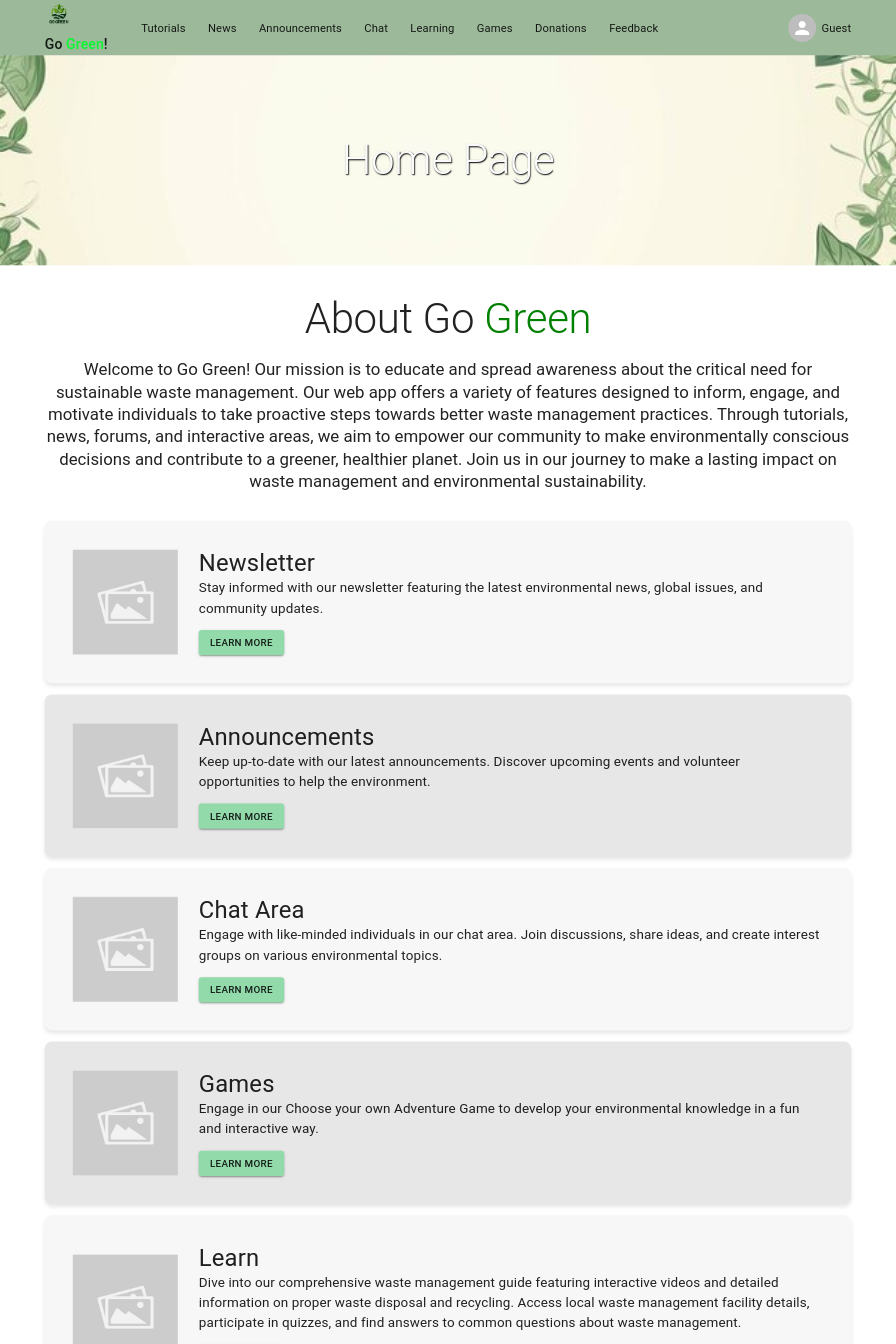
Repository: ToasterSSD/Go-Green
Page: / (app in Go-Green/FSDP/client/)
These files come from the project's save history. The page is drawn as it stood at one moment and after a run of saves; the edit follows.
The browser window is 1280 px wide. The pictures show the part of the page from y = 0 to 1920 px (the page is 2741 px tall before and 2726 px after), at 70% of full size.
The project was rebuilt for these pictures with package versions that can differ from the ones it lists, and the page was loaded fresh each time. Also part of the build but not shown: Go-Green/FSDP/client/vite.config.js, Go-Green/FSDP/client/src/App.css.

Above is the page before, as saved 2024-08-07 13:57:51.

After the next 2 saves:
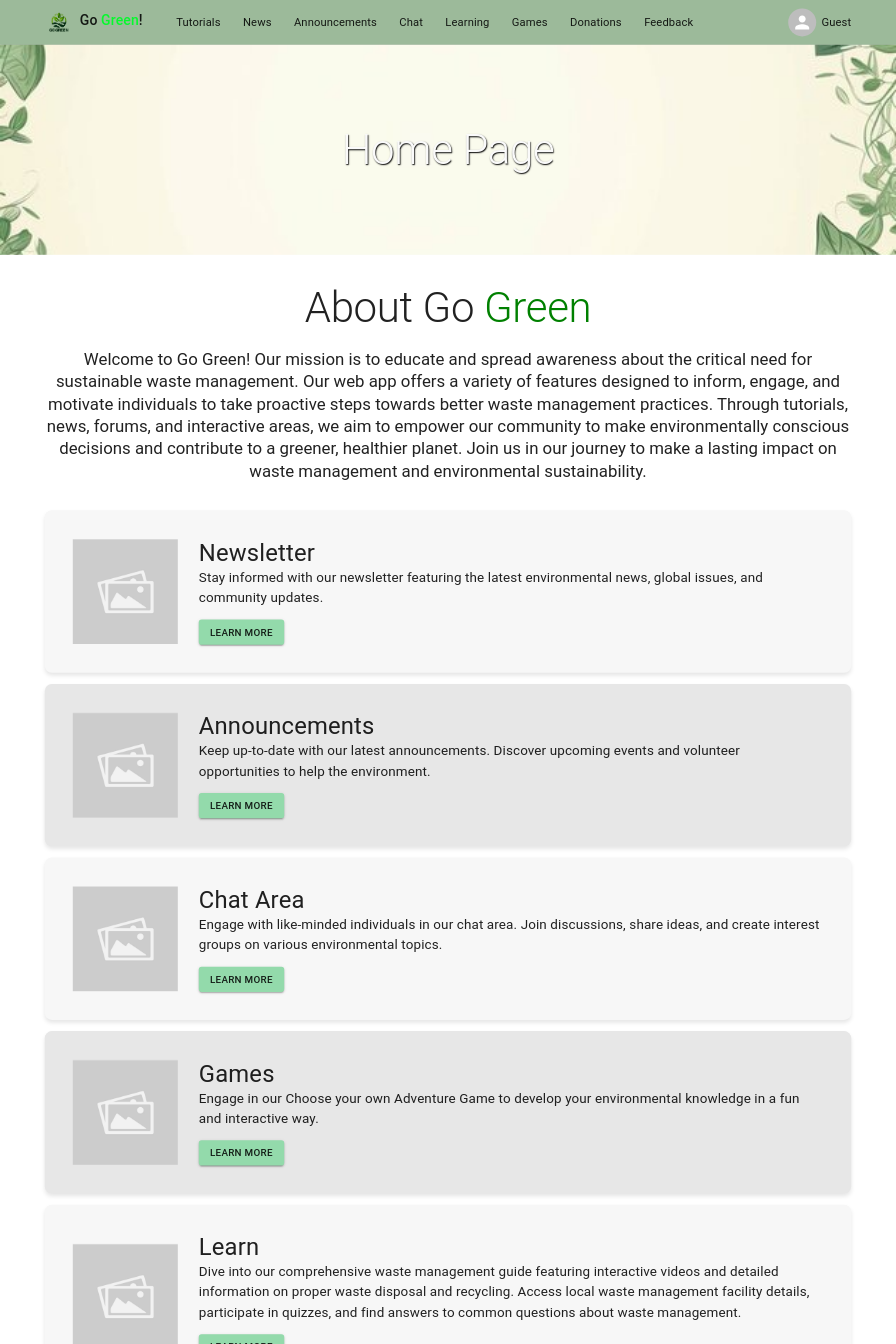
The 2 saves are shown as one change because they came seconds apart.
The last was saved 6 s later.
--- a/Go-Green/FSDP/client/src/App.jsx
+++ b/Go-Green/FSDP/client/src/App.jsx
@@ -127,7 +127,8 @@ function App() {
                       style={{
                         textDecoration: "none",
                         color: "inherit",
-                        alignItems: "center",
+                        display: "flex",
+
                       }}
                     >
                       <img
